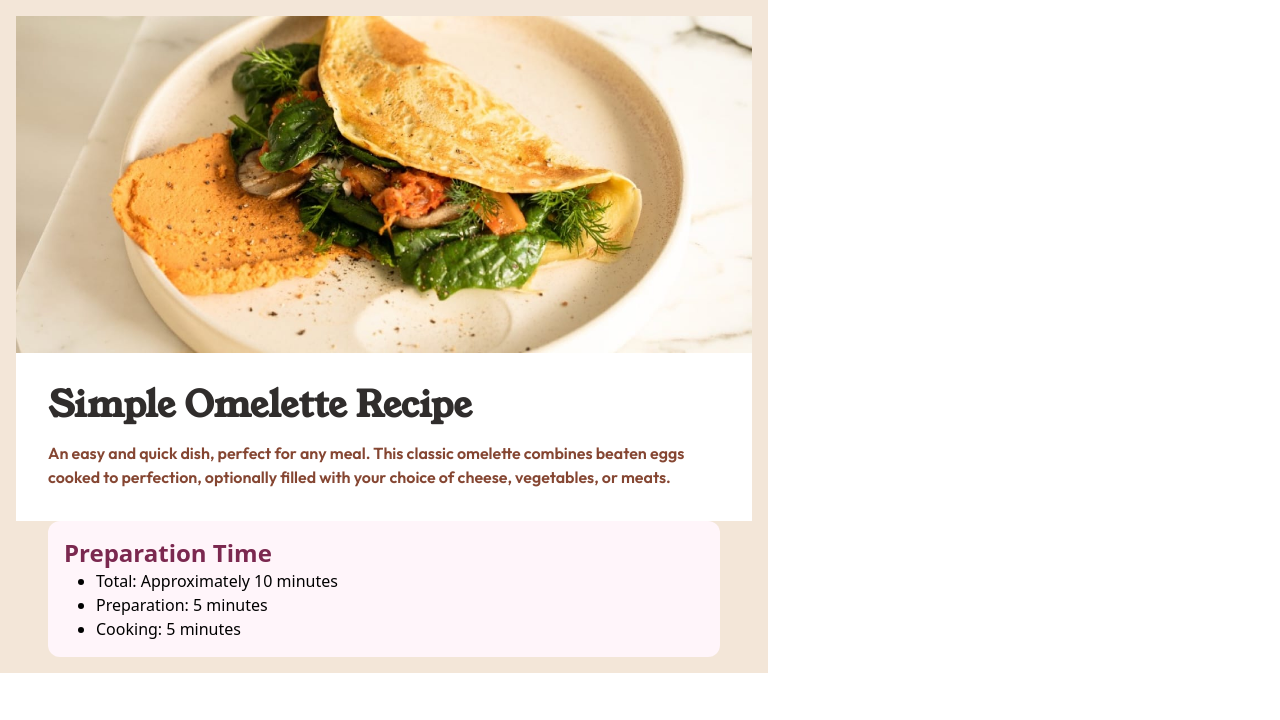
Repository: nivrii/recipe-page-main
Page: /
An editor plug-in stored every save of this project. The page is shown before and after the next save, followed by the edit.
The browser window is 1280 px wide. The pictures show the whole page.
The project was rebuilt for these pictures with package versions that can differ from the ones it lists, and the page was loaded fresh each time. Also part of the build but not shown: vite.config.js, src/index.css.

Above is the page before, as saved 2024-03-23 14:34:24.

After the next save:
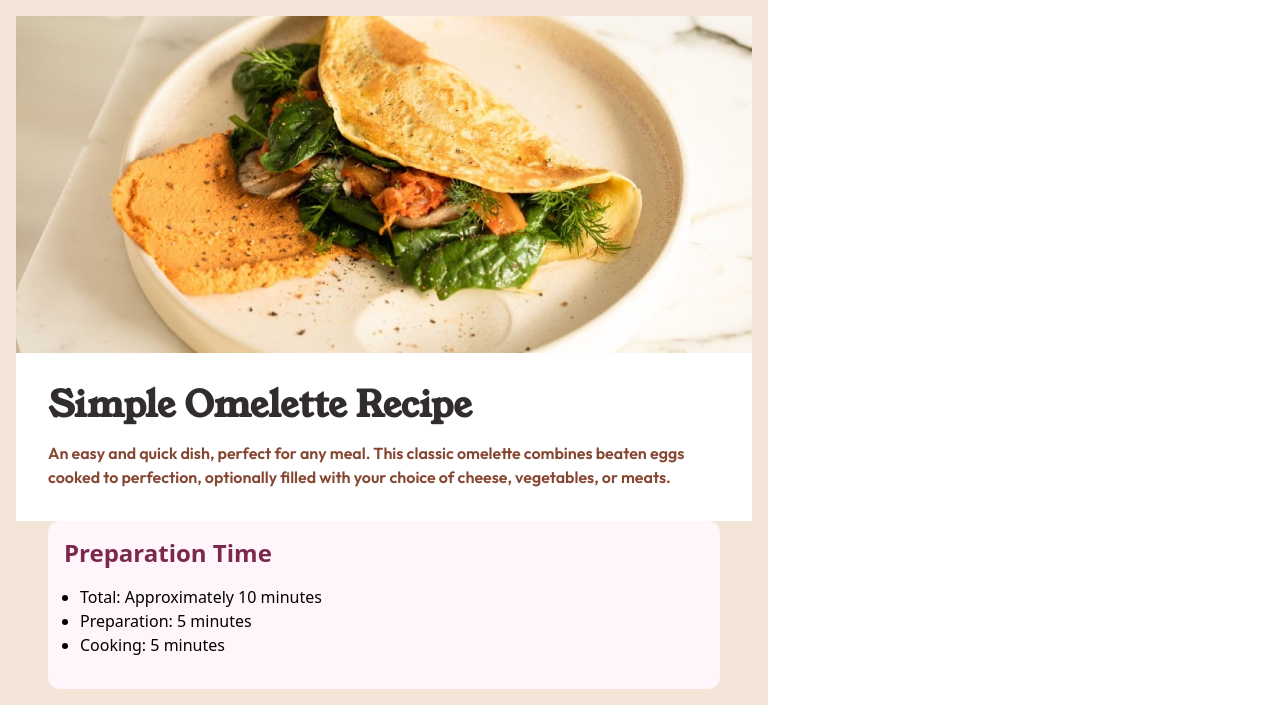
Saved 24 s later.
--- a/src/App.jsx
+++ b/src/App.jsx
@@ -21,7 +21,7 @@ function App() {
         <h1 className="text-left text-darkRaspberry text-2xl font-bold">
           Preparation Time
         </h1>
-        <ul className="list-disc px-8">
+        <ul className="list-disc p-4">
           <li><span>Total:</span> Approximately 10 minutes</li>
           <li><span>Preparation:</span> 5 minutes</li>
           <li><span>Cooking:</span> 5 minutes</li>
